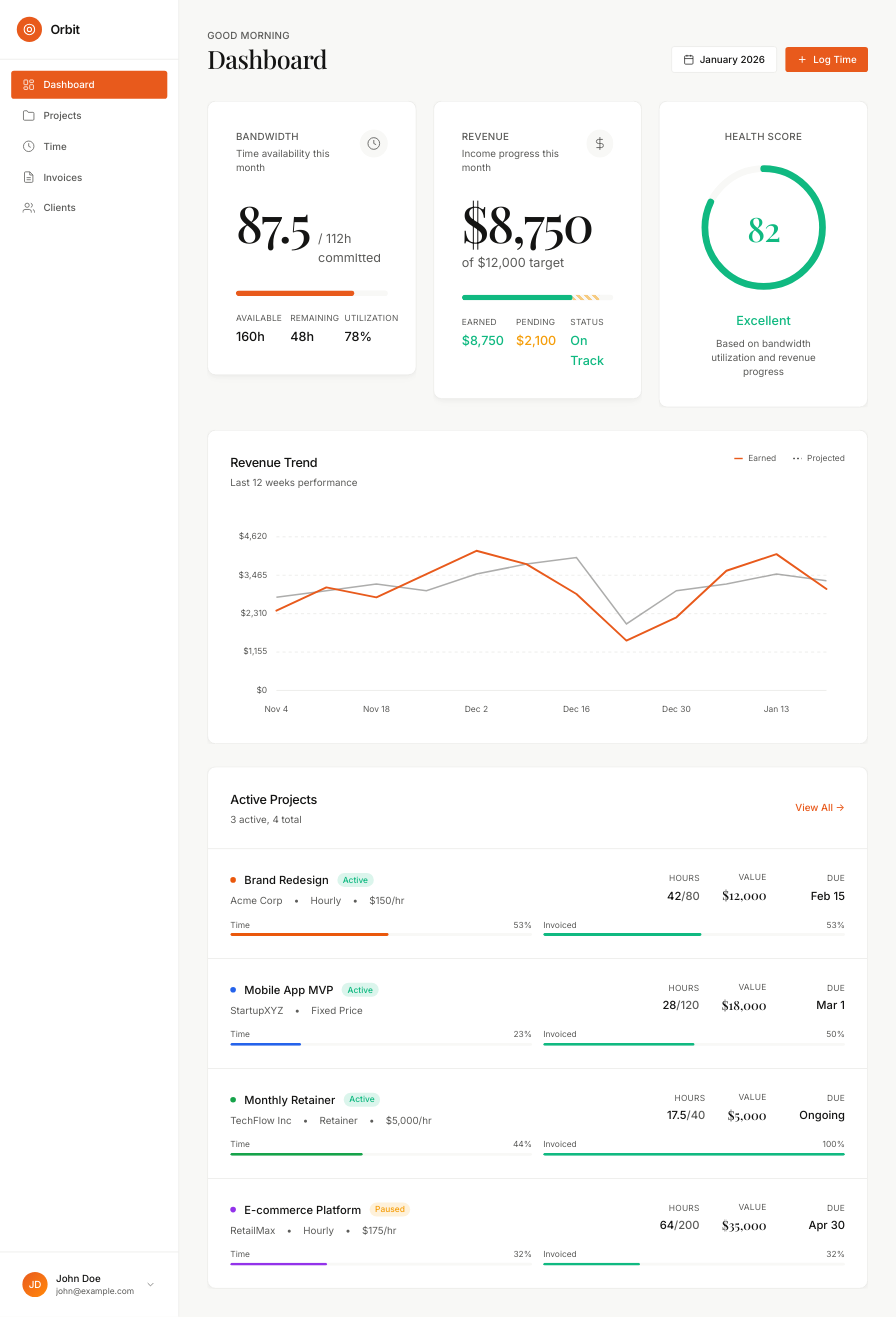
Repository: Zerraf-Badreddine/orbit
Page: /dashboard (app in frontend/)
An editor plug-in stored every save of this project. The page is shown before and after the next save, followed by the edit.
The browser window is 1280 px wide. The pictures show the whole page, at 70% of full size.
Some web fonts or font styles are not loaded; a fallback is used. The project was rebuilt for these pictures with package versions that can differ from the ones it lists, and the page was loaded fresh each time. The framework's server and built-in components were replaced by stand-ins that run in the browser. Also part of the build but not shown: frontend/next.config.ts.

Above is the page before, as saved 2026-01-29 18:33:00.

After the next save:
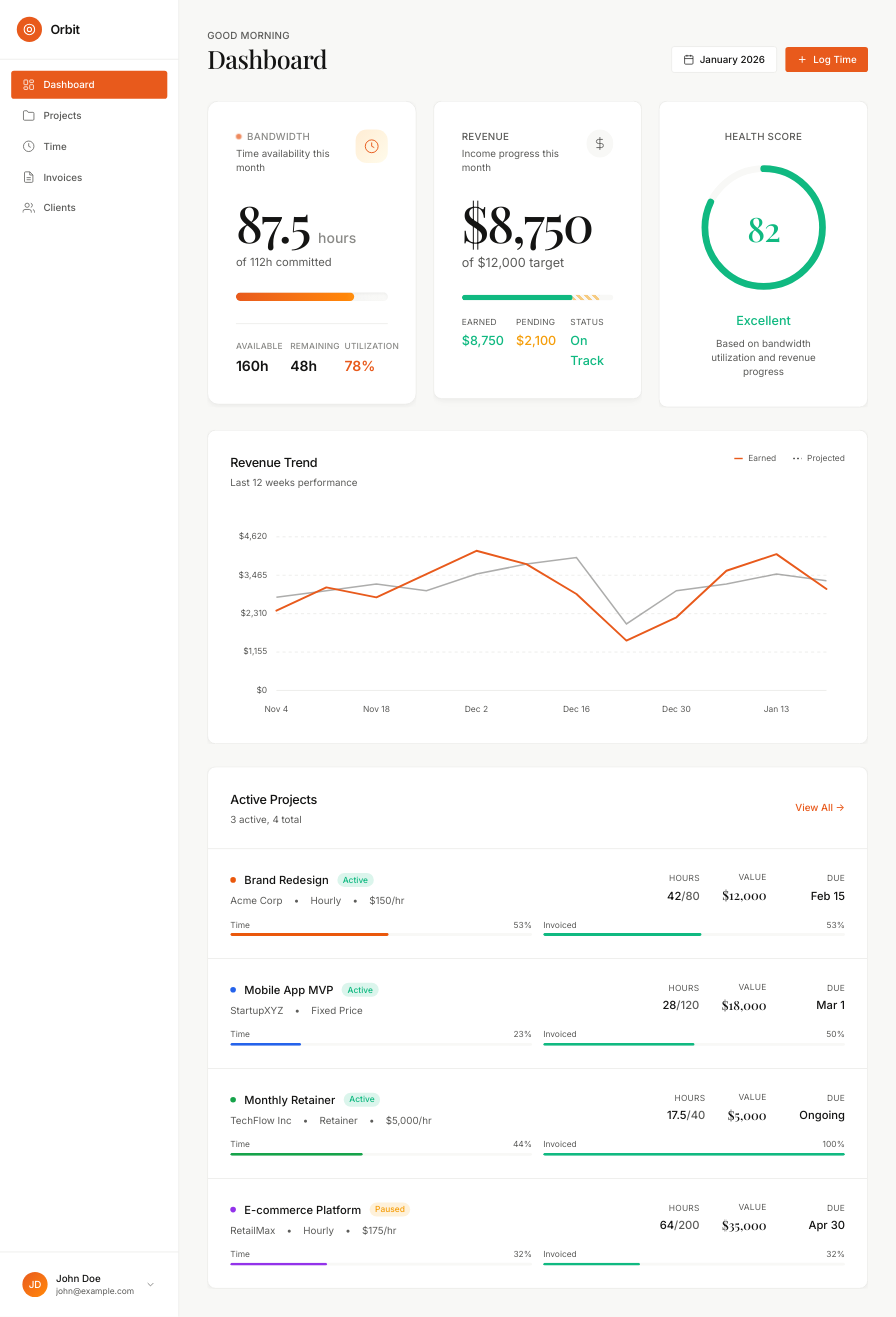
Saved 54 s later.
--- a/frontend/components/BandwidthCard.tsx
+++ b/frontend/components/BandwidthCard.tsx
@@ -1,4 +1,7 @@
 "use client";
+
+import { useEffect, useRef } from "react";
+import gsap from "gsap";
 
 interface BandwidthCardProps {
   hoursAvailable: number;
@@ -13,30 +16,56 @@ export function BandwidthCard({
   hoursLogged,
   utilizationPercentage,
 }: BandwidthCardProps) {
+  const progressRef = useRef<HTMLDivElement>(null);
+  const numberRef = useRef<HTMLSpanElement>(null);
+
   const remainingHours = hoursAvailable - hoursCommitted;
   const loggedPercentage = (hoursLogged / hoursCommitted) * 100;
 
+  useEffect(() => {
+    // Animate progress bar
+    if (progressRef.current) {
+      gsap.fromTo(progressRef.current,
+        { width: "0%" },
+        { width: `${Math.min(loggedPercentage, 100)}%`, duration: 1.2, delay: 0.3, ease: "power3.out" }
+      );
+    }
+
+    // Animate number counting
+    if (numberRef.current) {
+      gsap.fromTo({ val: 0 }, { val: hoursLogged }, {
+        duration: 1.5,
+        delay: 0.2,
+        ease: "power3.out",
+        onUpdate: function() {
+          if (numberRef.current) {
+            numberRef.current.textContent = this.targets()[0].val.toFixed(1);
+          }
+        }
+      });
+    }
+  }, [hoursLogged, loggedPercentage]);
+
   return (
-    <div className="card p-8 lg:p-10">
-      <div className="flex items-start justify-between mb-8">
+    <div className="group relative overflow-hidden rounded-2xl bg-white border border-[var(--color-border-subtle)] p-8 lg:p-10 shadow-[var(--shadow-card)] hover:shadow-[var(--shadow-card-hover)] transition-all duration-300">
+      {/* Gradient overlay on hover */}
+      <div className="absolute inset-0 bg-gradient-to-br from-orange-500/5 via-transparent to-amber-500/5 opacity-0 group-hover:opacity-100 transition-opacity duration-500" />
+
+      {/* Header */}
+      <div className="relative flex items-start justify-between mb-8">
         <div>
-          <p className="text-[var(--color-text-secondary)] text-sm font-medium tracking-wide uppercase mb-1">
-            Bandwidth
-          </p>
+          <div className="flex items-center gap-2 mb-1">
+            <div className="w-2 h-2 rounded-full bg-[var(--color-accent-primary)] animate-pulse" />
+            <p className="text-[var(--color-text-muted)] text-sm font-medium tracking-wide uppercase">
+              Bandwidth
+            </p>
+          </div>
           <p className="text-[var(--color-text-secondary)] text-sm">
             Time availability this month
           </p>
         </div>
-        <div className="w-10 h-10 rounded-full bg-[var(--color-bg-main)] flex items-center justify-center">
-          <svg
-            width="20"
-            height="20"
-            viewBox="0 0 24 24"
-            fill="none"
-            stroke="currentColor"
-            strokeWidth="1.5"
-            className="text-[var(--color-text-secondary)]"
-          >
+        <div className="w-12 h-12 rounded-2xl bg-gradient-to-br from-orange-100 to-amber-50 flex items-center justify-center group-hover:scale-110 transition-transform duration-300">
+          <svg width="22" height="22" viewBox="0 0 24 24" fill="none" stroke="var(--color-accent-primary)" strokeWidth="1.5">
             <circle cx="12" cy="12" r="10" />
             <polyline points="12 6 12 12 16 14" />
           </svg>
@@ -44,46 +73,52 @@ export function BandwidthCard({
       </div>
 
       {/* Main Number */}
-      <div className="mb-8">
+      <div className="relative mb-8">
         <div className="flex items-baseline gap-3">
-          <span className="font-serif text-6xl lg:text-7xl tracking-tighter text-[var(--color-text-primary)]">
-            {hoursLogged.toFixed(1)}
+          <span ref={numberRef} className="font-serif text-6xl lg:text-7xl tracking-tighter text-[var(--color-text-primary)]">
+            0.0
           </span>
-          <span className="text-[var(--color-text-secondary)] text-lg">
-            / {hoursCommitted}h committed
+          <span className="text-[var(--color-text-muted)] text-xl font-medium">
+            hours
           </span>
         </div>
+        <p className="text-[var(--color-text-secondary)] text-base mt-2">
+          of {hoursCommitted}h committed
+        </p>
       </div>
 
       {/* Progress Bar */}
-      <div className="mb-6">
-        <div className="h-2 bg-[var(--color-bg-main)] rounded-full overflow-hidden">
+      <div className="relative mb-8">
+        <div className="h-3 bg-gradient-to-r from-[var(--color-bg-muted)] to-[var(--color-bg-main)] rounded-full overflow-hidden shadow-inner">
           <div
-            className="h-full bg-[var(--color-accent-primary)] rounded-full transition-all duration-700 ease-out"
-            style={{ width: `${Math.min(loggedPercentage, 100)}%` }}
-          />
+            ref={progressRef}
+            className="h-full bg-gradient-to-r from-[var(--color-accent-primary)] to-orange-400 rounded-full relative"
+            style={{ width: "0%" }}
+          >
+            <div className="absolute inset-0 bg-gradient-to-r from-transparent via-white/30 to-transparent animate-[shimmer_2s_infinite]" />
+          </div>
         </div>
       </div>
 
       {/* Stats Row */}
-      <div className="grid grid-cols-3 gap-4">
+      <div className="relative grid grid-cols-3 gap-4 pt-6 border-t border-[var(--color-border-subtle)]">
         <div>
-          <p className="text-[var(--color-text-secondary)] text-xs uppercase tracking-wide mb-1">
+          <p className="text-[var(--color-text-muted)] text-xs uppercase tracking-wide mb-1.5 font-medium">
             Available
           </p>
-          <p className="text-lg font-medium">{hoursAvailable}h</p>
+          <p className="text-xl font-semibold">{hoursAvailable}h</p>
         </div>
         <div>
-          <p className="text-[var(--color-text-secondary)] text-xs uppercase tracking-wide mb-1">
+          <p className="text-[var(--color-text-muted)] text-xs uppercase tracking-wide mb-1.5 font-medium">
             Remaining
           </p>
-          <p className="text-lg font-medium">{remainingHours}h</p>
+          <p className="text-xl font-semibold">{remainingHours}h</p>
         </div>
         <div>
-          <p className="text-[var(--color-text-secondary)] text-xs uppercase tracking-wide mb-1">
+          <p className="text-[var(--color-text-muted)] text-xs uppercase tracking-wide mb-1.5 font-medium">
             Utilization
           </p>
-          <p className="text-lg font-medium">{utilizationPercentage.toFixed(0)}%</p>
+          <p className="text-xl font-semibold text-[var(--color-accent-primary)]">{utilizationPercentage.toFixed(0)}%</p>
         </div>
       </div>
     </div>
